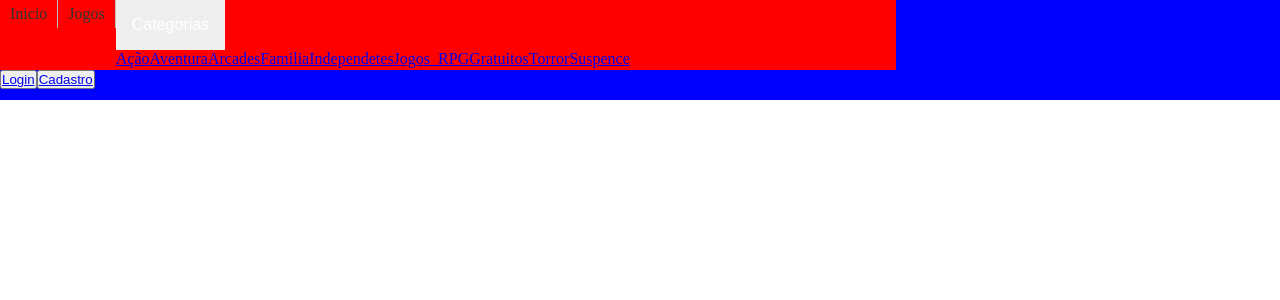
Repository: MarcoantonioCaldeira/Projeto-Go-Gamming
Page: /
The author's editor kept a copy of each file at every save. The page is drawn from the files as they stood at one save, then again after the next save.
The browser window is 1280 px wide. The pictures show the whole page.
The project was rebuilt for these pictures with package versions that can differ from the ones it lists, and the page was loaded fresh each time. Also part of the build but not shown: src/pages/Inicio/estilo.css, src/pages/rodape/rodape.js, src/pages/Inicio/Inicio.js, src/pages/Jogos/Jogos.js, src/pages/Categorias/Acao.js, src/pages/Categorias/Aventura.js, src/pages/Categorias/Arcades.js, src/pages/Categorias/Familia.js and 7 more.

Above is the page before, as saved 2023-02-05 13:40:57.

### src/App.js
import ReactDOM from "react-dom/client";
import "./fonts/Poppins.ttf";
import { BrowserRouter, Routes, Route } from "react-router-dom";

import Menu from "./pages/Menu/Menu";
import Inicio from "./pages/Inicio/Inicio";

//Categorias
import Jogos from "./pages/Jogos/Jogos";
import Acao from "./pages/Categorias/Acao";
import Aventura from "./pages/Categorias/Aventura";
import Arcades from "./pages/Categorias/Arcades";
import Familia from "./pages/Categorias/Familia";
import Independentes from "./pages/Categorias/Independentes";
import Jogos_RPG from "./pages/Categorias/Jogos_RPG";
import Gratuitos from "./pages/Categorias/Gratuitos";
import Terror from "./pages/Categorias/Terror";
import Suspence from "./pages/Categorias/Suspence";


import Login from "./pages/Login/Login";
import Cadastro from "./pages/Cadastro/Cadastro";

function App() {
  return (
   <BrowserRouter>
    <Routes>
      <Route path="/" element={<Menu />}>
        <Route path="Inicio" element={<Inicio />}/>
        <Route path="jogos" element={< Jogos />}/>
          <Route path="Acao" element={<Acao />}/>
          <Route path="Aventura" element={<Aventura />}/>
          <Route path="Arcades" element={<Arcades />}/>
          <Route path="Familia" element={<Familia />}/>
          <Route path="Independentes" element={<Independentes />}/>
          <Route path="Jogos_RPG" element={<Jogos_RPG />}/>
          <Route path="Gratuitos" element={<Gratuitos />}/>
          <Route path="Terror" element={<Terror />}/>
          <Route path="Suspence" element={<Suspence />}/>
        <Route path="Login" element={<Login />}/>
        <Route path="Cadastro" element={<Cadastro />}/>
      </Route>
    </Routes>
   </BrowserRouter>
  );
}

const root = ReactDOM.createRoot(document.getElementById('root'))
root.render(<App />);
export default App;

### src/pages/Menu/Menu.js
import { Outlet, Link } from "react-router-dom";
import './estilo.css';


const Menu = () => {
  return (
      <>
        <nav id="nav_bar">
          <ul id="menu">
            <li>
              <Link to="./Inicio">Inicio</Link>
            </li>
            <li>
              <Link to="./Jogos">Jogos</Link>
            </li>
            <div class="dropdown" >
              <button class="dropbtn">Categorias</button>
                  <div class="dropdown-content">
                    <a><Link to="./Acao">Ação</Link></a>
                    <a><Link to="./Aventura">Aventura</Link></a>
                    <a><Link to="./Arcades">Arcades</Link></a>
                    <a><Link to="./Familia">Familia</Link></a>
                    <a><Link to="./Independentes">Independetes</Link></a>
                    <a><Link to="./Jogos_RPG">Jogos_RPG</Link></a>
                    <a><Link to="./Gratuitos">Gratuitos</Link></a>
                    <a><Link to="./Terror">Torror</Link></a>
                    <a><Link to="./Suspence">Suspence</Link></a>
                  </div>
            </div>
          </ul>
          <button><Link to="./Login">Login</Link></button>
          <button><Link to="./Cadastro">Cadastro</Link></button>
        </nav>
        <Outlet />
      </>
  )
};

export default Menu;

### src/pages/Menu/estilo.css

*{
    margin: 0;
    padding: 0;
}

/* a, ul{
    display: inline;
    color: white;
    text-decoration: none !important;
    font-family: Arial;
} */


#nav_bar{
    width: 100%;
    height: 100px;
    background-color: blue;
}


#menu{
    width: 70%;
    height: 70px;
    background-color: red;
    list-style:none;
}

#nav_bar li{
    position:relative;
    float:left;

    border-right:1px solid #c0c0c0;
}

#nav_bar li a{color:#333; text-decoration:none; padding:5px 10px; display:block;}

/* DropDown Button */

.dropdown {
    position: relative;
    display: inline-block;
}


.dropbtn {
    /* background-color: #4CAF50; */
    color: white;
    padding: 16px;
    font-size: 16px;
    border: none;
    cursor: pointer;
}

Loaded but not shown: public/index.html (common file); src/index.js (common file); src/reportWebVitals.js (common file)

After the next save:
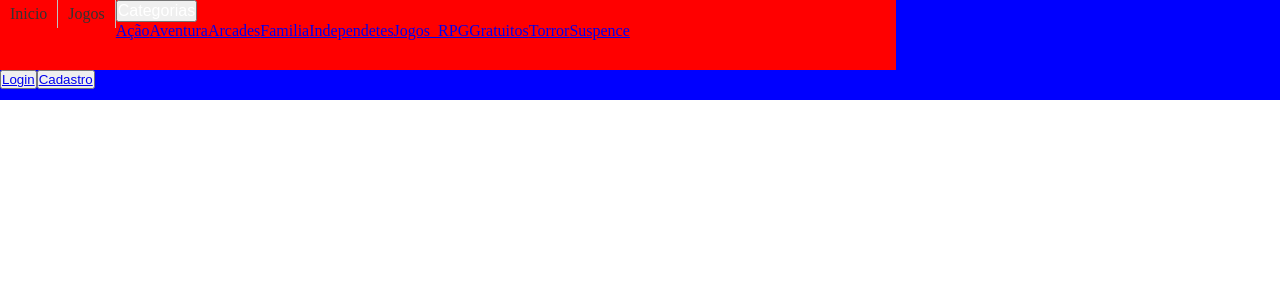
Saved 10 s later.
--- a/src/pages/Menu/estilo.css
+++ b/src/pages/Menu/estilo.css
@@ -46,8 +46,8 @@
 .dropbtn {
     /* background-color: #4CAF50; */
     color: white;
-    padding: 16px;
+    /* padding: 16px; */
     font-size: 16px;
-    border: none;
+    /* border: none; */
     cursor: pointer;
 }
